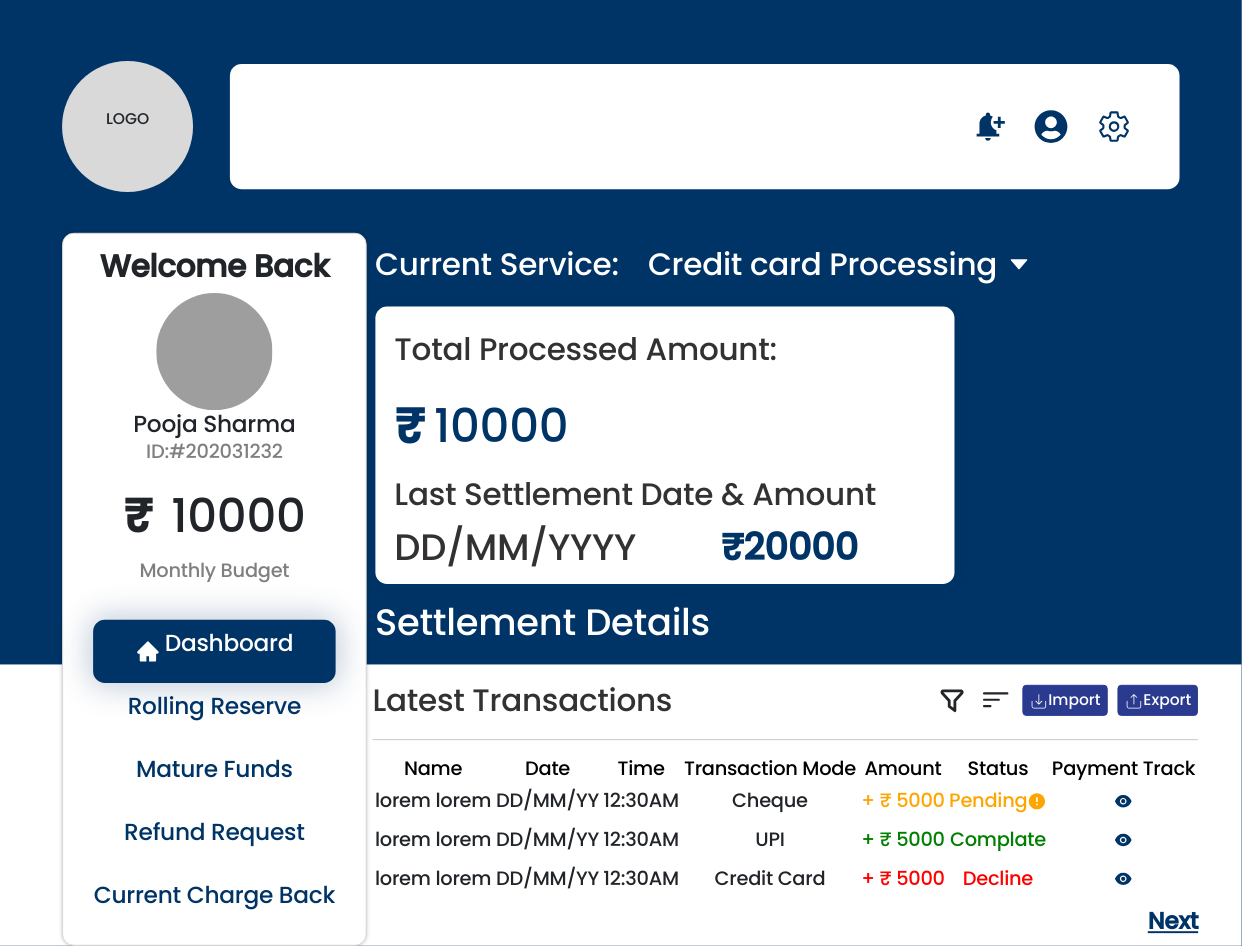
Repository: FlyweisReact/Prashant
Page: /dashboard
These files come from the project's save history. The page is drawn as it stood at one moment and after a run of saves; the edit follows.
The browser window is 1280 px wide. The pictures show the whole page, at 97% of full size.
Pictures or frames that could not be fetched are drawn as grey boxes. Some web libraries are served in a nearby version. The project was rebuilt for these pictures with package versions that can differ from the ones it lists, and the page was loaded fresh each time. Also part of the build but not shown: src/Pages/CryptoPayment.jsx, src/Pages/CurrentCharge.jsx, src/Styles/Login.module.css, src/Components/Login/LoginFirstSection.jsx, src/Components/Login/LoginMainSection.jsx, src/Pages/Login.jsx, src/Pages/MatureFund.jsx, src/Pages/OpenBanking.jsx and 12 more.

Above is the page before, as saved 2023-03-23 17:23:02.

### public/index.html
<!DOCTYPE html>
<html lang="en">
  <head>
    <meta charset="utf-8" />
    <link rel="icon" href="%PUBLIC_URL%/favicon.ico" />
    <meta name="viewport" content="width=device-width, initial-scale=1" />
    <meta name="theme-color" content="#000000" />
    <meta
      name="description"
      content="Web site created using create-react-app"
    />
    <link rel="apple-touch-icon" href="%PUBLIC_URL%/logo192.png" />
    <link rel="manifest" href="%PUBLIC_URL%/manifest.json" />
    <title>React App</title>
  </head>
  <body>
    <noscript>You need to enable JavaScript to run this app.</noscript>
    <div id="root"></div>
  </body>
  <style>
    @import url("https://fonts.googleapis.com/css2?family=Lilita+One&family=PT+Sans&family=Poppins:wght@500&display=swap");
  </style>
  <script src="https://kit.fontawesome.com/b533b351e4.js" crossorigin="anonymous"></script>
</html>

### src/Routes/AllRoutes.jsx
import React from "react";
import { Route, Routes } from "react-router-dom";
import { CryptoPayment } from "../Pages/CryptoPayment";
import { CurrentCharge } from "../Pages/CurrentCharge";
import { Dashboard } from "../Pages/Dashboard";
import { Login } from "../Pages/Login";
import { MatureFund } from "../Pages/MatureFund";
import { OpenBanking } from "../Pages/OpenBanking";
import { OtpPage } from "../Pages/OtpPage";
import { Profile } from "../Pages/Profile";
import { RefundRequest } from "../Pages/RefundRequest";
import { Register } from "../Pages/Register";
import { RegisterTwo } from "../Pages/RegisterTwo";
import { RollingReserve } from "../Pages/RollingReserve";

export const AllRoutes = () => {
  return (
    <Routes>
      <Route path="/" element={<Login />} />
      <Route path="/verify-otp" element={<OtpPage />} />
      <Route path="/dashboard" element={<Dashboard />} />
      <Route path="/register" element={<Register />} />
      <Route path="/detail-register" element={<RegisterTwo />} />
      <Route path="/profile" element={<Profile />} />
      <Route path="/rolling-reserve" element={<RollingReserve />} />
      <Route path="/mature-fund" element={<MatureFund />} />
      <Route path="/refund-request" element={<RefundRequest />} />
      <Route path="/current-charge" element={<CurrentCharge />} />
      <Route path="open-banking-service" element={<OpenBanking />} />
      <Route path="/crypto-payment-proccessing" element={<CryptoPayment />} />
    </Routes>
  );
};

### src/Components/Dashboard/UserInfoPopUp.jsx
/** @format */

import React  from "react";
import styles from "../../Styles/Dashboard.module.css";
import { MdNotificationAdd } from "react-icons/md";
import { FaUserCircle } from "react-icons/fa";
import { IoSettingsOutline } from "react-icons/io5";
import { useNavigate } from "react-router-dom";
import Modal from "react-bootstrap/Modal";
import { BsThreeDotsVertical } from "react-icons/bs";

function NotificationModal(props) {
  const data = [
    {
      img: "https://th.bing.com/th/id/OIP.2i5UaEHaQM3PYAYXQyM1AAAAAA?pid=ImgDet&rs=1",
      title: "Morem ipsum dolor sit amet, consectetur adipiscing elit.",
      desc: "Morem ipsum dolor sit amet, consectetur .",
      day: "yesterday",
      time: "10:30 AM",
    },
    {
      img: "https://th.bing.com/th/id/OIP.2i5UaEHaQM3PYAYXQyM1AAAAAA?pid=ImgDet&rs=1",
      title: "Morem ipsum dolor sit amet, consectetur adipiscing elit.",
      desc: "Morem ipsum dolor sit amet, consectetur .",
      day: "yesterday",
      time: "10:30 AM",
    },
    {
      img: "https://th.bing.com/th/id/OIP.2i5UaEHaQM3PYAYXQyM1AAAAAA?pid=ImgDet&rs=1",
      title: "Morem ipsum dolor sit amet, consectetur adipiscing elit.",
      desc: "Morem ipsum dolor sit amet, consectetur .",
      day: "yesterday",
      time: "10:30 AM",
    },
  ];

  return (
    <Modal
      {...props}
      aria-labelledby="contained-modal-title-vcenter"
      centered
      className="NotifyModal"
    >
      <Modal.Body>
        <div className="NotificationModal">
          <div>
            <div className="close">
              <i class="fa-solid fa-x" onClick={() => props.onHide()}></i>
            </div>
            <div className="NotificationModalFirst">
              <h1>Notification</h1>
              <BsThreeDotsVertical size={25} />
            </div>
            <hr style={{ height: "3px", background: "black" }} />
            <p>Today's</p>
            {data.map((ele) => (
              <>
                <div className="NotificationDiv">
                  <div>
                    <img src={ele.img} alt="img" />
                  </div>
                  <div>
                    <h1>{ele.title}</h1>
                    <p>{ele.desc}</p>
                    <div>
                      <p>{ele.day}</p>
                      <span className="Time">{ele.time}</span>
                    </div>
                  </div>
                </div>
                <hr style={{ height: "2px", background: "grey" }} />
              </>
            ))}
          </div>
        </div>
      </Modal.Body>
    </Modal>
  );
}

export const UserInfoPopUp = () => {
  const [modalShow, setModalShow] = React.useState(false);
  const navigate = useNavigate();

  return (
    <>
      <NotificationModal
        show={modalShow}
        onHide={() => setModalShow(false)}
      />

      <div className={styles.logoSection}>
        <div onClick={() => navigate("/dashboard")} className={styles.Logo}>
          <p>LOGO</p>
        </div>

        <div className={styles.InfoPanel}>
          <div>
            <MdNotificationAdd
              size={35}
              color="#003466"
              style={{ cursor: "pointer" }}
              onClick={() => setModalShow(true)}
            />
            <FaUserCircle
              size={35}
              color="#003466"
              style={{ cursor: "pointer" }}
              onClick={() => navigate("/profile")}
            />
            <IoSettingsOutline
              size={35}
              color="#003466"
              style={{ cursor: "pointer" }}
            />
            <i class="fa-solid fa-bars" className='Sidebar'></i>
          </div>
        </div>
      </div>
    </>
  );
};

### src/Components/SideBar.jsx
import React from "react";
import { AiFillHome } from "react-icons/ai";
import { Link, useLocation } from "react-router-dom";
import styles from "../Styles/SideBar.module.css";
export const SideBar = () => {
  const { pathname } = useLocation();
  return (
    <div className={styles.SideBarMain}>
      <h1>Welcome Back</h1>
      <div>
        <div>
          <img
            src="https://th.bing.com/th/id/OIP.2i5UaEHaQM3PYAYXQyM1AAAAAA?pid=ImgDet&rs=1"
            alt="img"
          />
          <h1>Pooja Sharma</h1>
          <p>ID:#202031232</p>
          <div className={styles.TotalBudgetDiv}>
            <h1>&#x20b9;</h1>
            <h1>10000</h1>
          </div>
          <p>Monthly Budget</p>
        </div>
      </div>
      <div className={styles.LinkBox}>
        <Link to={"/dashboard"}>
          <div
            className={
              pathname === "/dashboard" ? styles.active : styles.unactive
            }
          >
            <AiFillHome size={25} />
            <p>Dashboard</p>
          </div>
        </Link>
        <Link to={"/rolling-reserve"}>
          <div
            className={
              pathname === "/rolling-reserve" ? styles.active : styles.unactive
            }
          >
            <p>Rolling Reserve</p>
          </div>
        </Link>
        <Link to={"/mature-fund"}>
          <div
            className={
              pathname === "/mature-fund" ? styles.active : styles.unactive
            }
          >
            <p>Mature Funds</p>
          </div>
        </Link>
        <Link to={"/refund-request"}>
          <div
            className={
              pathname === "/refund-request" ? styles.active : styles.unactive
            }
          >
            <p>Refund Request</p>
          </div>
        </Link>
        <Link to={"/current-charge"}>
          <div
            className={
              pathname === "/current-charge" ? styles.active : styles.unactive
            }
          >
            <p>Current Charge Back</p>
          </div>
        </Link>
      </div>
    </div>
  );
};

### src/Components/TotalAmountSection.jsx
import React from "react";
import styles from "../Styles/TotalAmountSection.module.css";
export const TotalAmountSection = () => {
  return (
    <div className={styles.MainDiv}>
      <h1>Total Processed Amount:</h1>
      <div className={styles.TotalBudgetDiv}>
        <h1>&#x20b9;</h1>
        <h1>10000</h1>
      </div>
      <h1>Last Settlement Date & Amount</h1>
      <div className={styles.DateSection}>
        <div>
          <p>DD/MM/YYYY</p>
          <h2>&#x20b9;{20000}</h2>
        </div>
      </div>
    </div>
  );
};

### src/Components/CardProccessingModal.jsx
import React from "react";
import { MdOutlineClose } from "react-icons/md";
import { Link } from "react-router-dom";
import styles from "../Styles/CardProccessingModal.module.css";
export const CardProccessingModal = ({ OpenModal, HandleModal }) => {
  console.log(OpenModal);
  return (
    <div className={OpenModal ? styles.modalVisible : styles.modal}>
      <div className={styles.ModalMainDiv}>
        <MdOutlineClose
          onClick={() => HandleModal()}
          size={25}
          className={styles.CloseICon}
        />
        <div>
          <Link to={""}>Credit Card Processing</Link>
          <hr />
          <Link to={"/open-banking-service"}>Open Banking Service</Link>
          <hr />
          <Link to={"/crypto-payment-proccessing"}>
            Crypto payment processing
          </Link>
        </div>
      </div>
    </div>
  );
};

### src/Components/DeclineModal.jsx
import React from "react";
import { MdOutlineClose } from "react-icons/md";
import styles from "../Styles/DeclineModal.module.css";
import { IoMdCheckmarkCircle } from "react-icons/io";
import { RiErrorWarningFill } from "react-icons/ri";
import { BsCircleFill } from "react-icons/bs";
export const DeclineModal = ({ OpenModal, HandleModal }) => {
  return (
    <div className={OpenModal ? styles.modalVisible : styles.modal}>
      <div className={styles.ModalMainDiv}>
        <MdOutlineClose
          onClick={() => HandleModal()}
          size={25}
          className={styles.CloseICon}
        />
        <div>
          <h1>Payment Details</h1>
          <hr style={{ height: "4px", background: "white" }} />
          <div className={styles.paymentDetailMainDiv}>
            <div className={styles.PaymentDetails}>
              <div>
                <p>Transaction ID:</p>
                <p>545454545</p>
              </div>
              <div>
                <p>To:</p>
                <p>Loren loren Epsom ( Company Name)</p>
              </div>
              <div>
                <p>From:</p>
                <p>Loren loren Epsom (Merchant Company)</p>
              </div>
              <div>
                <p>Transaction Mode:</p>
                <p>Card</p>
              </div>
            </div>
            <div className={styles.paymentTimeline}>
              <p>Payment Timeline</p>
              <div>
                <div className={styles.VerticalLine}></div>
                <div className={styles.PaymentStatus}>
                  <IoMdCheckmarkCircle
                    size={25}
                    className={styles.Icons}
                    color="green"
                  />
                  <p>Payment Started</p>
                </div>
                <div className={styles.PaymentStatus}>
                  <RiErrorWarningFill
                    size={25}
                    className={styles.Icons}
                    color="red"
                  />
                  <p>Payment Failed To complete</p>
                </div>
                <div className={styles.PaymentStatus}>
                  <BsCircleFill
                    size={25}
                    className={styles.Icons}
                    color="white"
                  />
                  <p>Payment Successful</p>
                </div>
              </div>
              <hr />
              <div className={styles.ReasonsDiv}>
                <p>Reason:</p>
                <p> Account Coded (Credit Rating) </p>
              </div>
              <div className={styles.ReasonsDiv}>
                <p>Code:</p>
                <p> 505 </p>
              </div>
              <div className={styles.ReasonsDiv}>
                <p>Description:</p>
                <p>
                  {" "}
                  The account the customer used for the attempted transaction
                  has a negative credit rating.{" "}
                </p>
              </div>
            </div>
          </div>
        </div>
      </div>
    </div>
  );
};

### src/Styles/SideBar.module.css
.SideBarMain{
    position: absolute;
    width: 314px;
/* height: 789px; */
left: 25%px;
top: 35%;
background: #FFFFFF;
border: 1px solid #D9D9D9;
box-shadow: 0px 0px 4px rgba(0, 0, 0, 0.25);
border-radius: 12px;
padding: 10px;
}
.SideBarMain>h1{
    text-align: center;
    font-family: 'Poppins';
font-style: normal;
font-weight: 700;
font-size: 32px;
margin-top: 5px;
letter-spacing: -0.28px;
}
.SideBarMain>div{
    width: 100%;
    display: flex;
    align-items: center;
    justify-content: center;
}
.SideBarMain>div>div{
    text-align: center;
}
.SideBarMain>div>div>img{
    width: 120px;
height: 121px;
    border-radius: 50%;
}
.SideBarMain>div>div>h1{
    font-family: 'Poppins';
font-style: normal;
font-weight: 500;
font-size: 24px;
letter-spacing: -0.28px;
}
.SideBarMain>div>div>p{
    font-family: 'Poppins';
font-style: normal;
margin-top: -10px;
font-weight: 300;
font-size: 20px;
line-height: 30px;
letter-spacing: -0.28px;
color: rgba(0, 0, 0, 0.5);
}
.TotalBudgetDiv{
    display: flex;
    align-items: center;
    gap: 20px;
    margin: 15px;
}
.TotalBudgetDiv>h1:first-child{
    font-family: 'Poppins';
font-style: normal;
font-weight: 700;
font-size: 48px;
line-height: 72px;
letter-spacing: -0.28px;
}
.TotalBudgetDiv>h1{
    font-family: 'Poppins';
    font-style: normal;
    font-weight: 500;
    font-size: 48px;
    line-height: 72px;
    margin: 0;
    letter-spacing: -0.28px;
}
.LinkBox{
    display: flex;
    flex-direction: column;
    margin-top: 20px;
}
.LinkBox>a{
    text-decoration: none;
}
.active{
    width: 250px;
    height: 65px;
    padding-left: 10px;
    padding-right: 10px;
    background: #003466;
    box-shadow: 0px 0px 32px 4px rgba(0, 52, 102, 0.25);
    border-radius: 12px;
    display: flex;
    color: white;
    justify-content: center;
    align-items: center;
    gap: 5px;

}
.unactive{
    width: 250px;
    height: 65px;
    display: flex;

    color:#003466;
    justify-content: center;
    align-items: center;
    gap: 5px;
}
.unactive,.active >p{
    font-family: 'Poppins';
font-style: normal;
font-weight: 500;
font-size: 24px;
line-height: 36px;
letter-spacing: -0.28px;
}

### src/Styles/TotalAmountSection.module.css
.MainDiv{
    display:flex;
    flex-direction: column;
    margin-top: 20px;
    width: 72%;
height: 286px;
background: #FFFFFF;
box-shadow: 0px 0px 10px rgba(0, 52, 102, 0.3);
border-radius: 12px;
}
.MainDiv>h1{
    font-family: 'Poppins';
    font-style: normal;
    font-weight: 500;
    font-size: 32px;
    line-height: 48px;
    letter-spacing: -0.28px;
    color: #333131;
    margin: 20px;
}
.TotalBudgetDiv{
    display: flex;
    align-items: center;
    gap: 30px;
    margin-left: 20px;
  margin-top: -30px;
  margin-bottom: -40px;
}
.TotalBudgetDiv>h1:first-child{
    font-family: 'Poppins';
font-style: normal;
font-weight: 700;
margin: 0;
font-size: 50px;
line-height: 72px;
letter-spacing: -0.28px;
color: #003466;
}
.TotalBudgetDiv>h1{
    font-family: 'Poppins';
    font-style: normal;
    font-weight: 500;
    font-size: 48px;
    line-height: 72px;
    margin: 0;
    letter-spacing: -0.28px;
    color: #003466;
}
.DateSection>div{
    width: 80%;
    margin-top: -50px;
    /* background-color: rebeccapurple; */
    display: flex;
    justify-content: space-between;
    align-items: center;
    margin-left: 20px;
}
.DateSection>div>p{
   font-family: 'Poppins';
font-style: normal;
font-weight: 500;
font-size: 38px;
line-height: 60px;
/* identical to box height */
margin: 0;
letter-spacing: -0.28px;
color: #333131;
}
.DateSection>div>h2{
    margin: 0;
    font-family: 'Poppins';
font-style: normal;
font-weight: 600;
font-size: 38px;
line-height: 60px;
letter-spacing: -0.28px;
color: #003466;
}

### src/Styles/CardProccessingModal.module.css
.modal{
    display: none;
  position: fixed;
  z-index: 1;
  left: 0%;
  top: 0;
  width: 100%;
  height: 100%;
  overflow: auto;
  background-color: rgb(0,0,0);
  background-color: rgba(0,0,0,0.4);
}
.modalVisible{
    display :block;
    position: fixed;
    z-index: 1;
    left: 0%;
    top: 0;
    width: 100%;
    height: 100%;
    /* margin-bottom: 20px; */
    overflow: auto;
    background-color: rgb(0,0,0);
    background-color: rgba(0,0,0,0.4);
}
.CloseICon{
    position: absolute;
    right: 3%;
    top: 5%;
    cursor: pointer;
}
.MainTitle{
    display: flex;
    border: 1px solid blue;
}
.ModalMainDiv{
    position:absolute;
    margin: auto;
    /* width: 435px; */
height: 221px;
background: #FFFFFF;
border-radius: 4px;

    top: 38%;
    left: 60%;

}
.ModalMainDiv>div{
    margin: 30px;
}
.ModalMainDiv>div>a{
    text-decoration: none;
    height: 50px;
    font-family: 'Poppins';
font-style: normal;
font-weight: 500;
font-size: 32px;
line-height: 40px;
letter-spacing: -0.28px;

color: #333333;
}

### src/Styles/DeclineModal.module.css
.modal{
    display: none;
  position: fixed;
  z-index: 1;
  left: 0%;
  top: 0;
  width: 100%;
  height: 100%;
  overflow: auto;
  background-color: rgb(0,0,0);
  background-color: rgba(0,0,0,0.4);
}
.modalVisible{
    display :block;
    position: fixed;
    z-index: 1;
    left: 0%;
    top: 0;
    width: 100%;
    height: 100%;
    /* margin-bottom: 20px; */
    overflow: auto;
    background-color: rgb(0,0,0);
    background-color: rgba(0,0,0,0.4);
}
.CloseICon{
    position: absolute;
    right: 3%;
    top: 3%;
    cursor: pointer;
    color: white;
}
.MainTitle{
    display: flex;
    border: 1px solid blue;
}
.ModalMainDiv{
    position:absolute;
    margin: auto;
width: 980px;

left: 20%;
top: 8%;

background: #003466;


}
.ModalMainDiv>div{
    margin: 30px;
}
.ModalMainDiv>div>h1{
    font-family: 'Poppins';
    font-style: normal;
    font-weight: 600;
    font-size: 24px;
    line-height: 29px;
    letter-spacing: -0.28px;
    color: #FFFFFF;
}
.paymentDetailMainDiv{
    display: flex;
    gap: 20px;
    margin-top: 20px;
}
.paymentDetailMainDiv>div:first-child{
    width: 50%;
/* height: 426px; */
background: #FFFFFF;
border: 1px solid #D9D9D9;
box-shadow: 0px 0px 4px rgba(0, 0, 0, 0.25);
border-radius: 20px;
}
.paymentDetailMainDiv>div{
    width: 50%;
}

.PaymentDetails>div{
    margin:20px;
    margin-top: 0;
    margin-bottom: 30px;
}

.PaymentDetails>div>p{
    font-family: 'Poppins';
font-style: normal;
margin: 10;
font-weight: 500;
font-size: 20px;
line-height: 24px;
letter-spacing: -0.28px;
color: #003466;
}
.PaymentDetails>div>p:first-child{
    font-weight: 600;
}
.paymentTimeline>p{
    font-family: 'Poppins';
    font-style: normal;
    font-weight: 500;
    font-size: 20px;
    line-height: 24px;
    letter-spacing: -0.28px;
    margin: 0;
    color: #FFFFFF;
}
.paymentTimeline>div{
    position: relative;
}
.PaymentStatus{
    display: flex;
    align-items: center;
    gap: 20px;
}
.PaymentStatus>p{
    font-family: 'Poppins';
font-style: normal;
font-weight: 400;
font-size: 20px;
line-height: 24px;
letter-spacing: -0.28px;
margin-left: 40px;
color: #FFFFFF;
}
.VerticalLine{
    position: absolute;
    border-left:2px dotted white;
    left:3%;
    top: 18%;
    height:130px;
}
.Icons{
    position: absolute;
    left: 0;
}
.ReasonsDiv{
    display: flex;
    gap: 30px;
    margin: 10px;
}

.ReasonsDiv>p:first-child{
    width: 30%;
    font-family: 'Poppins';
    font-style: normal;
    font-weight: 500;
    font-size: 20px;
    line-height: 24px;
    letter-spacing: -0.28px;

    color: #FFFFFF;
    margin: 0;
}
.ReasonsDiv>p:last-child{
    width: 70%;
    font-family: 'Poppins';
    font-style: normal;
    font-weight: 400;
    font-size: 20px;
    line-height: 24px;
    letter-spacing: -0.28px;
    margin: 0;
    color: #FFFFFF;
}
.Note{
    margin-top: 20px;
    width: 128px;
    display: flex;
    justify-content: center;
    align-items: center;
height: 38px;
background: #FFFFFF;
border-radius: 19px;
font-family: 'Poppins';
font-style: normal;
font-weight: 600;
font-size: 24px;
line-height: 29px;
/* identical to box height */

letter-spacing: -0.28px;

color: #003466;

}
.NotesPara{
    width: 100%;
    font-family: 'Poppins';
font-style: normal;
font-weight: 500;
font-size: 19px;
line-height: 24px;
letter-spacing: -0.28px;
color: #FFFFFF;
}

Loaded but not shown: src/index.css (common file); src/reportWebVitals.js (common file); src/index.js (18 lines, source omitted); src/App.js (13 lines, source omitted); src/Pages/Dashboard.jsx (184 lines, source omitted); src/App.css (207 lines, source omitted); src/Styles/Dashboard.module.css (205 lines, source omitted); src/Components/PaymentPendingModal.jsx (96 lines, source omitted); src/Styles/PaymentPendingModal.module.css (195 lines, source omitted)

After the next 2 saves:
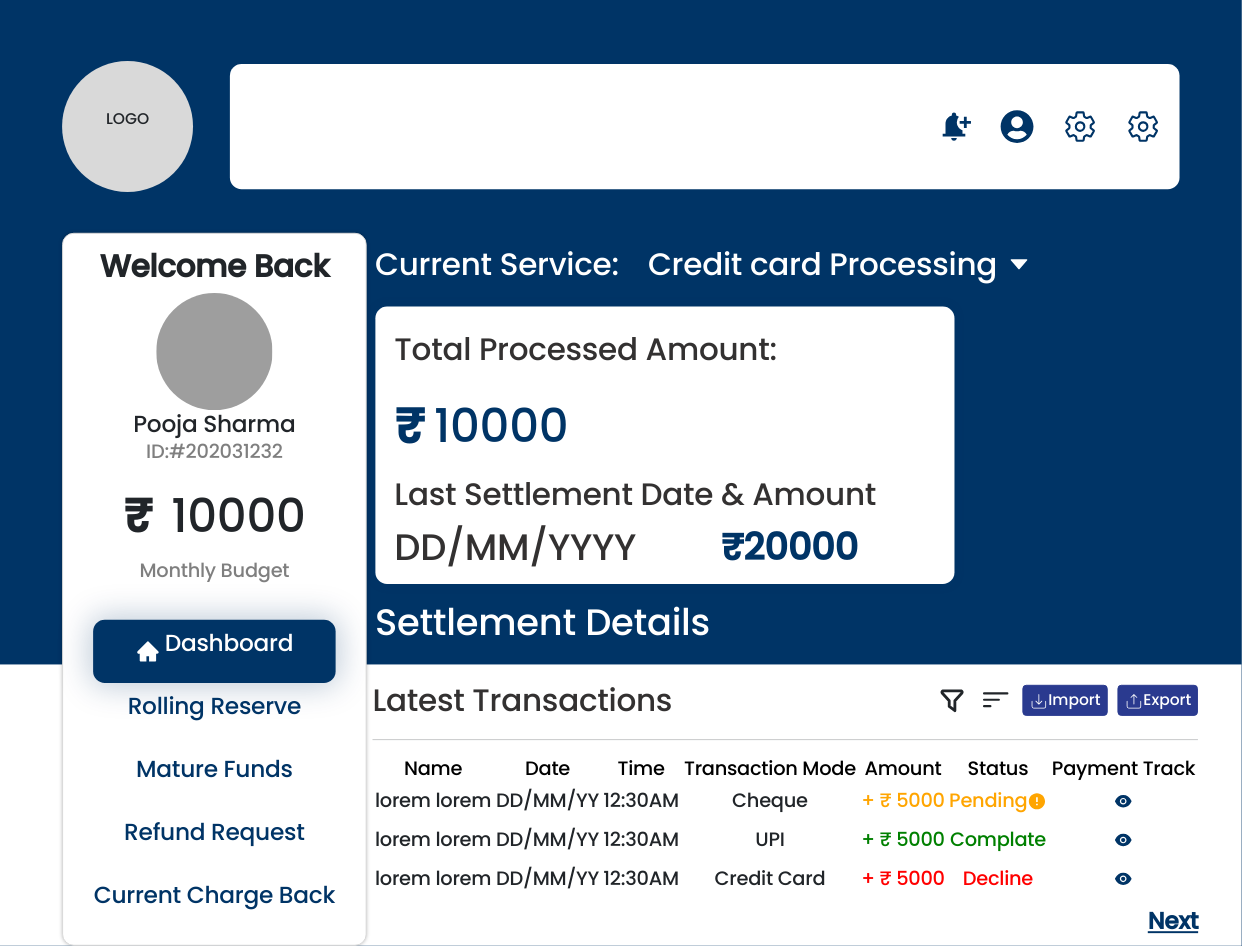
The 2 saves are shown as one change because they came seconds apart.
The last was saved 31 s later.
--- a/src/Components/Dashboard/UserInfoPopUp.jsx
+++ b/src/Components/Dashboard/UserInfoPopUp.jsx
@@ -113,7 +113,13 @@ export const UserInfoPopUp = () => {
               color="#003466"
               style={{ cursor: "pointer" }}
             />
-            <i class="fa-solid fa-bars" className='Sidebar'></i>
+
+            <IoSettingsOutline
+              size={35}
+              color="#003466"
+              style={{ cursor: "pointer" }}
+            />
+
           </div>
         </div>
       </div>
